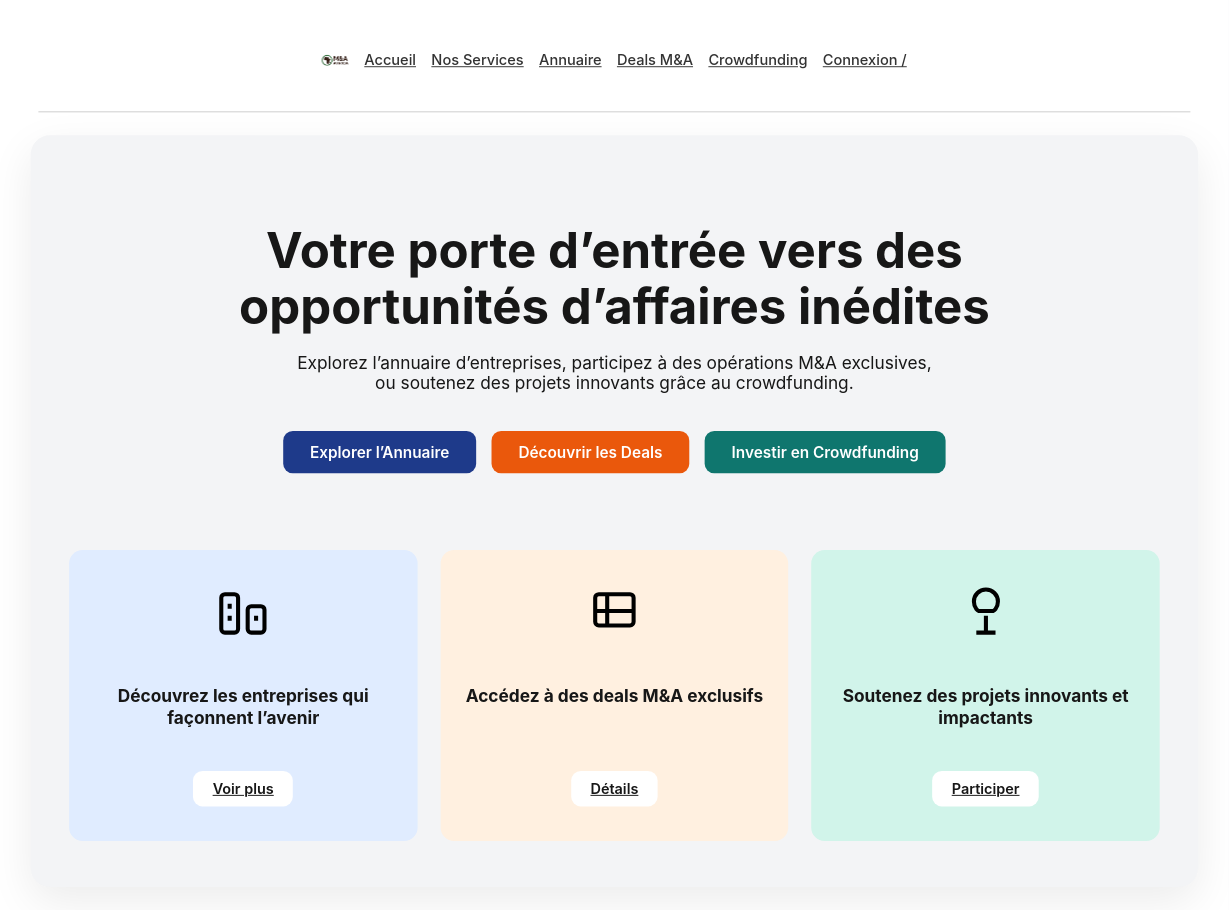
Repository: MFredy25/africa-fusion
Page: /hub
An editor plug-in stored every save of this project. The page is shown before and after the next save, followed by the edit.
The browser window is 1280 px wide. The pictures show the whole page, at 96% of full size.
The project was rebuilt for these pictures with package versions that can differ from the ones it lists, and the page was loaded fresh each time. The framework's server and built-in components were replaced by stand-ins that run in the browser. Also part of the build but not shown: next.config.js, next.config.ts.

Above is the page before, as saved 2025-06-08 16:50:32.

### src/app/hub/page.tsx
import styles from "../../styles/hub.module.css";
import Link from "next/link";
import HubHeader from "../../components/HubHeader";

export default function Hub() {
  return (
    <div className={styles.page}>
      <HubHeader />

      <div className={styles.containerWrapper}>
        <section className={styles.hero}>
          <h1>
            Votre porte&nbsp;d’entrée vers des<br />
            opportunités&nbsp;d’affaires inédites
          </h1>

          <p>
            Explorez l’annuaire d’entreprises, participez à des opérations M&A
            exclusives,<br />
            ou soutenez des projets innovants grâce au crowdfunding.
          </p>

          <div className={styles.actions}>
            <Link href="/annuaire" className={styles.primaryBtn}>
              Explorer l’Annuaire
            </Link>
            <Link href="/deals-m-a" className={styles.secondaryBtn}>
              Découvrir les Deals
            </Link>
            <Link href="/crowdfunding" className={styles.tertiaryBtn}>
              Investir en&nbsp;Crowdfunding
            </Link>
          </div>
        </section>

        <section className={styles.cards}>
          <div className={`${styles.card} ${styles.card1}`}>
            <svg
              className={styles.icon}
              viewBox="0 0 24 24"
              fill="none"
              stroke="currentColor"
              strokeWidth="1.7"
            >
              <rect x="3" y="4" width="7" height="16" rx="1.5" />
              <rect x="14" y="9" width="7" height="11" rx="1.5" />
              <path d="M6.5 8v2M6.5 13v2M17.5 13v2" />
            </svg>
            <p className={styles.cardTitle}>
              Découvrez les entre­prises qui façonnent l’avenir
            </p>
            <Link href="/annuaire" className={styles.cardBtn}>
              Voir plus
            </Link>
          </div>

          <div className={`${styles.card} ${styles.card2}`}>
            <svg
              className={styles.icon}
              viewBox="0 0 24 24"
              fill="none"
              stroke="currentColor"
              strokeWidth="1.7"
            >
              <rect x="4" y="4" width="16" height="13" rx="1.5" />
              <path d="M4 11h16M9 4v13" />
            </svg>
            <p className={styles.cardTitle}>Accédez à des deals M&A exclusifs</p>
            <Link href="/deals-m-a" className={styles.cardBtn}>
              Détails
            </Link>
          </div>

          <div className={`${styles.card} ${styles.card3}`}>
            <svg
              className={styles.icon}
              viewBox="0 0 24 24"
              fill="none"
              stroke="currentColor"
              strokeWidth="1.7"
            >
              <path d="M12 2a5 5 0 0 1 5 5c0 3-2 4-2 4H9s-2-1-2-4a5 5 0 0 1 5-5Z" />
              <path d="M9.5 11h5" />
              <path d="M12 13v7" />
              <path d="M8 20h8" />
            </svg>
            <p className={styles.cardTitle}>
              Soutenez des projets innovants et impactants
            </p>
            <Link href="/crowdfunding" className={styles.cardBtn}>
              Participer
            </Link>
          </div>
        </section>
      </div>
    </div>
  );
}

### src/styles/hub.module.css
.page {
  font-family: "Inter", Arial, sans-serif;
  color: var(--text-primary);
  background: #ffffff;
  padding-inline: 1.5rem;
}

.navbar {
  display: flex;
  justify-content: space-between;
  align-items: center;
  padding-block: 1.75rem;
  max-width: 1200px;
  margin-inline: auto;
}

.logo {
  display: flex;
  align-items: center;
  gap: 0.6rem;
  font-weight: 600;
  font-size: 1.1rem;
}

.logoIcon {
  width: 38px;
  height: 38px;
  background: var(--blue);
  border-radius: 8px;
}

.navLinks {
  display: flex;
  gap: 2rem;
  font-size: 0.95rem;
  font-weight: 500;
}

/* ───────────── CONTAINER WRAPPER ───────────── */
.containerWrapper {
  max-width: 1300px;
  margin: 1.5rem auto; /* ↓ Espacement réduit ici */
  padding: 3rem 2.5rem;
  background: #f3f4f6;
  border-radius: 20px;
  box-shadow: 0 15px 45px rgba(0, 0, 0, 0.08);
}

/* ───────────── HERO ───────────── */
.hero {
  text-align: center;
  max-width: 900px;
  margin-inline: auto;
}

.hero h1 {
  font-size: clamp(2rem, 4.2vw, 3.2rem);
  line-height: 1.15;
  font-weight: 700;
  margin-bottom: 1rem;
}

.hero p {
  font-size: 1.125rem;
  color: var(--text-muted);
  margin-bottom: 2.5rem;
}

.actions {
  display: flex;
  flex-wrap: wrap;
  justify-content: center;
  gap: 1rem;
  margin-bottom: 3.5rem;
}

.primaryBtn,
.secondaryBtn,
.tertiaryBtn {
  padding: 0.75rem 1.75rem;
  border: none;
  border-radius: 10px;
  font-weight: 600;
  font-size: 1rem;
  color: #ffffff;
  cursor: pointer;
  text-decoration: none;
}

.primaryBtn {
  background: #1e3a8a;
}

.secondaryBtn {
  background: #ea580c;
}

.tertiaryBtn {
  background: #0f766e;
}

/* ───────────── CARDS ───────────── */
.cards {
  display: flex;
  flex-wrap: nowrap;
  justify-content: space-between;
  gap: 1.5rem;
  max-width: 1200px;
  margin: 5rem auto 0;
}

.card {
  flex: 1 1 30%;
  max-width: 30%;
  display: flex;
  justify-content: center;
}

.card1 {
  background: #e0ecff;
  border-radius: 14px;
  padding: 2.25rem 1.25rem;
  text-align: center;
  display: flex;
  flex-direction: column;
  align-items: center;
  gap: 1.6rem;
}

.card2 {
  background: #fff0e0;
  border-radius: 14px;
  padding: 2.25rem 1.25rem;
  text-align: center;
  display: flex;
  flex-direction: column;
  align-items: center;
  gap: 1.6rem;
}

.card3 {
  background: #d1f4ea;
  border-radius: 14px;
  padding: 2.25rem 1.25rem;
  text-align: center;
  display: flex;
  flex-direction: column;
  align-items: center;
  gap: 1.6rem;
}

.icon {
  width: 60px;
  height: 60px;
}

.cardTitle {
  font-size: 1.125rem;
  font-weight: 700;
  line-height: 1.3;
}

.cardBtn {
  margin-top: auto;
  background: #ffffff;
  color: var(--text-primary);
  border: none;
  border-radius: 10px;
  padding: 0.55rem 1.25rem;
  font-size: 0.94rem;
  font-weight: 600;
  cursor: pointer;
}

/* ───────────── Responsive tweak ───────────── */
@media (max-width: 768px) {
  .card {
    flex: 1 1 100%;
    max-width: none;
  }

  .cards {
    flex-direction: column;
    align-items: center;
  }
}

@media (max-width: 480px) {
  .navLinks {
    gap: 1rem;
    font-size: 0.85rem;
  }

  .actions {
    flex-direction: column;
  }
}

.icon {
  width: 60px;
  height: 60px;
  color: #000000;
}

### src/components/HubHeader.tsx
'use client';

import { useEffect, useState } from 'react';
import Link from 'next/link';
import Image from 'next/image';
import styles from '../styles/hub.module.css';

export default function HubHeader() {
  /* ── Thème clair / sombre ── */
  const [isDark, setIsDark] = useState(false);
  useEffect(() => {
    const mq = window.matchMedia('(prefers-color-scheme: dark)');
    const apply = () => setIsDark(mq.matches);
    apply();
    mq.addEventListener('change', apply);
    return () => mq.removeEventListener('change', apply);
  }, []);

  const colors = {
    bg: isDark ? '#1a1a1a' : '#ffffff',
    text: isDark ? '#e0e0e0' : '#333333',
    border: isDark ? '#444' : '#ccc',
  };

  return (
    <header
      className={styles.navbar}
      style={{
        background: colors.bg,
        color: colors.text,
        borderBottom: `1px solid ${colors.border}`,
        width: '100%',
      }}
    >
      {/* conteneur centré */}
      <div
        style={{
          maxWidth: '1200px',
          margin: '0 auto',
          display: 'flex',
          alignItems: 'center',
          justifyContent: 'space-between',
          padding: '0.75rem 1rem',
          gap: '1rem',
        }}
      >
        {/* Logo seul, sans texte */}
        <Link href="/" style={{ display: 'flex', alignItems: 'center' }}>
          <Image
            src="/images/fusion_africa.png"
            alt="Logo"
            width={28}
            height={28}
            style={{ objectFit: 'contain' }}
          />
        </Link>

        {/* Liens toujours sur une ligne */}
        <nav
          className={styles.navLinks}
          style={{
            display: 'flex',
            gap: '1rem',
            flexWrap: 'nowrap',
            color: colors.text,
            whiteSpace: 'nowrap',
          }}
        >
          <Link href="/home" style={{ color: 'inherit' }}>
            Accueil
          </Link>
          <Link href="/services" style={{ color: 'inherit' }}>
            Nos Services
          </Link>
          <Link href="/annuaire" style={{ color: 'inherit' }}>
            Annuaire
          </Link>
          <Link href="/deals-m-a" style={{ color: 'inherit' }}>
            Deals M&A
          </Link>
          <Link href="/crowdfunding" style={{ color: 'inherit' }}>
            Crowdfunding
          </Link>
          <Link href="/connexion" style={{ color: 'inherit' }}>
            Connexion /
          </Link>
        </nav>
      </div>
    </header>
  );
}

Loaded but not shown: src/app/layout.tsx (common file); src/app/globals.css (common file)

After the next save:
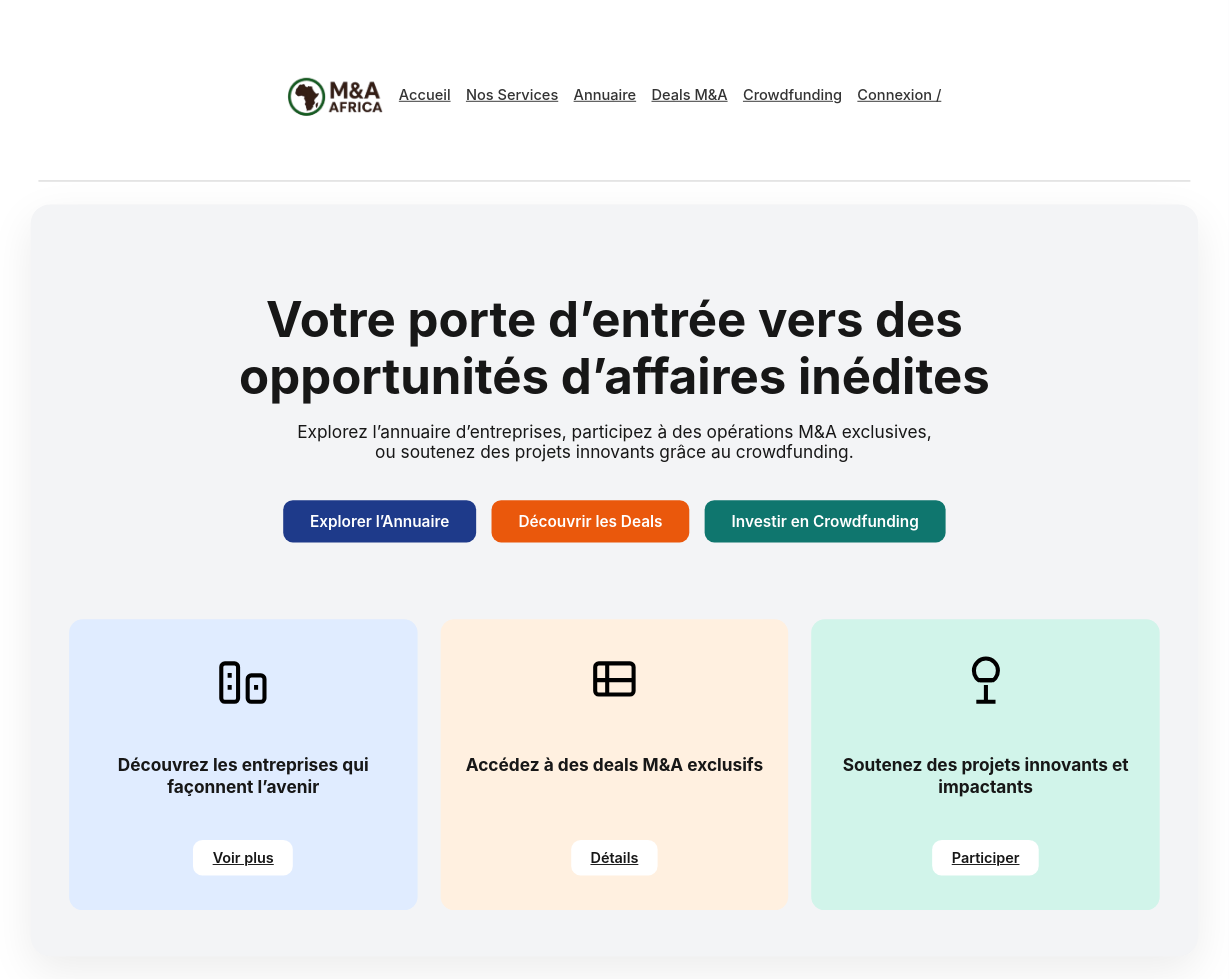
Saved 38 s later.
--- a/src/components/HubHeader.tsx
+++ b/src/components/HubHeader.tsx
@@ -49,8 +49,8 @@
           <Image
             src="/images/fusion_africa.png"
             alt="Logo"
-            width={28}
-            height={28}
+            width={100}
+            height={100}
             style={{ objectFit: 'contain' }}
           />
         </Link>

After the save that followed:
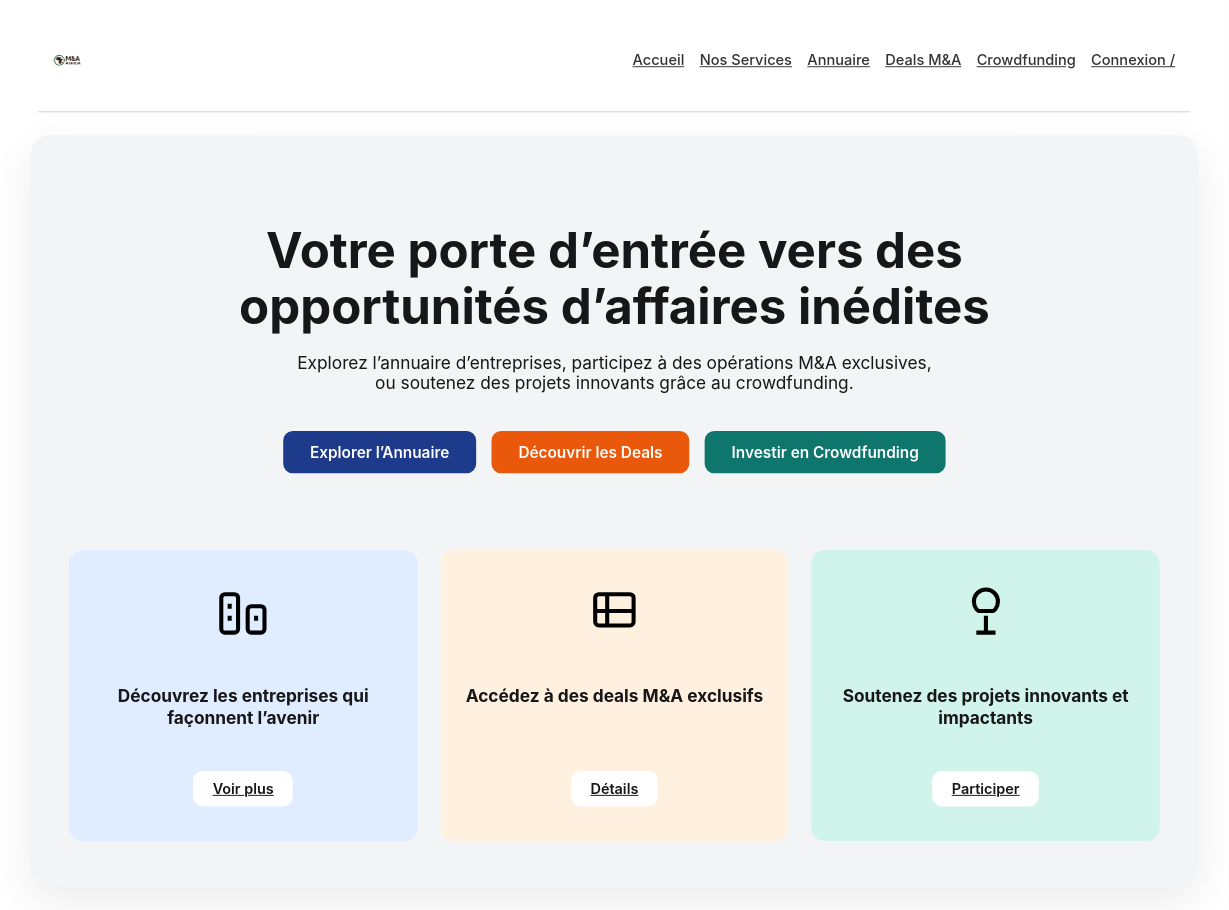
Saved 7 min 30 s later.
--- a/src/components/HubHeader.tsx
+++ b/src/components/HubHeader.tsx
@@ -6,7 +6,7 @@
 import styles from '../styles/hub.module.css';
 
 export default function HubHeader() {
-  /* ── Thème clair / sombre ── */
+  /* ── Détection thème clair/sombre ── */
   const [isDark, setIsDark] = useState(false);
   useEffect(() => {
     const mq = window.matchMedia('(prefers-color-scheme: dark)');
@@ -32,25 +32,25 @@
         width: '100%',
       }}
     >
-      {/* conteneur centré */}
+      {/* conteneur 100 % largeur pour repousser la nav à droite */}
       <div
         style={{
           maxWidth: '1200px',
+          width: '100%',
           margin: '0 auto',
           display: 'flex',
           alignItems: 'center',
           justifyContent: 'space-between',
           padding: '0.75rem 1rem',
-          gap: '1rem',
         }}
       >
-        {/* Logo seul, sans texte */}
+        {/* Logo placé à gauche, sans texte supplémentaire */}
         <Link href="/" style={{ display: 'flex', alignItems: 'center' }}>
           <Image
             src="/images/fusion_africa.png"
             alt="Logo"
-            width={100}
-            height={100}
+            width={28}
+            height={28}
             style={{ objectFit: 'contain' }}
           />
         </Link>
@@ -62,8 +62,8 @@
             display: 'flex',
             gap: '1rem',
             flexWrap: 'nowrap',
+            whiteSpace: 'nowrap',
             color: colors.text,
-            whiteSpace: 'nowrap',
           }}
         >
           <Link href="/home" style={{ color: 'inherit' }}>
